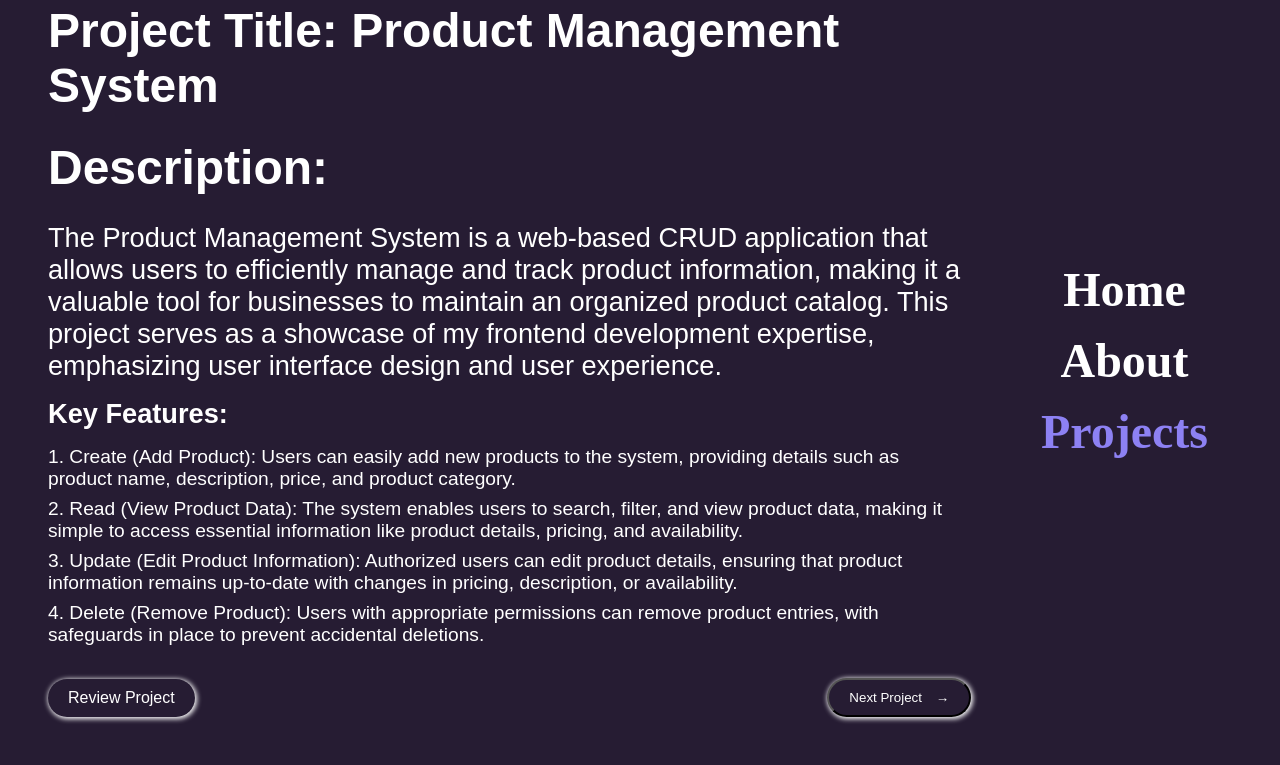
Repository: ahamdy997/portfolio
Page: /projects
These files come from the project's save history. The page is drawn as it stood at one moment and after the next save; the edit follows.
The browser window is 1280 px wide. The pictures show the whole page.
The pointer rests on the first visible `button`.
The project was rebuilt for these pictures with package versions that can differ from the ones it lists, and the page was loaded fresh each time. Also part of the build but not shown: vue.config.js, src/components/HelloWorld.vue, src/views/HomeView.vue.

Above is the page before, as saved 2023-11-06 01:10:11.

### src/App.vue
<template>
  <div class="flex">
    <router-view />
    <header>
      <nav>
        <router-link to="/">Home</router-link>
        <router-link to="/about">About</router-link>
        <router-link to="/projects">Projects</router-link>
      </nav>
    </header>
  </div>
</template>

<style>
* {
  box-sizing: border-box;
  padding: 0;
  margin: 0;
}
#app {
  width: 100%;
  height: 100vh;
  display: flex;
  align-items: center;
  justify-content: space-between;
  text-align: center;
}
.flex {
  display: flex;
  align-items: center;
  justify-content: space-between;
  padding: 3rem;
  gap: 5rem;
  width: 100%;
}
header {
  font-size: 1.7rem;
}

nav {
  text-align: center;
  display: flex;
  flex-direction: column;
  gap: 1rem;
  margin-right: 1.5rem;
}
body {
  font-family: sans-serif;
  background: #261c33;
  /* background: yellow; */
  color: #fff;
}
nav a {
  font-family: serif;
  font-weight: bold;
  color: #fff;
  text-decoration: none;
  font-size: 3rem;
  transition: all 0.2s;
}
nav a:hover {
  font-style: italic;
  transform: translateX(10px);
}

nav a.router-link-exact-active {
  color: #8d81f3;
}
</style>

### src/router/index.js
import { createRouter, createWebHistory } from "vue-router";
import HomeView from "../views/HomeView.vue";

const routes = [
  {
    path: "/",
    name: "home",
    component: HomeView,
  },
  {
    path: "/about",
    name: "about",
    // route level code-splitting
    // this generates a separate chunk (about.[hash].js) for this route
    // which is lazy-loaded when the route is visited.
    component: () =>
      import(/* webpackChunkName: "about" */ "../views/AboutView.vue"),
  },
  {
    path: "/projects",
    name: "project",
    // route level code-splitting
    // this generates a separate chunk (about.[hash].js) for this route
    // which is lazy-loaded when the route is visited.
    component: () =>
      import(/* webpackChunkName: "about" */ "../views/ProjectView.vue"),
  },
];

const router = createRouter({
  history: createWebHistory(process.env.BASE_URL),
  routes,
});

export default router;

### src/views/ProjectView.vue
<template>
  <div>
    <h2>Project Title: Product Management System</h2>
    <h2>Description:</h2>
    <p>
      The Product Management System is a web-based CRUD application that allows
      users to efficiently manage and track product information, making it a
      valuable tool for businesses to maintain an organized product catalog.
      This project serves as a showcase of my frontend development expertise,
      emphasizing user interface design and user experience.
    </p>
    <ol>
      <h3>Key Features:</h3>
      <li>
        Create (Add Product): Users can easily add new products to the system,
        providing details such as product name, description, price, and product
        category.
      </li>
      <li>
        Read (View Product Data): The system enables users to search, filter,
        and view product data, making it simple to access essential information
        like product details, pricing, and availability.
      </li>
      <li>
        Update (Edit Product Information): Authorized users can edit product
        details, ensuring that product information remains up-to-date with
        changes in pricing, description, or availability.
      </li>
      <li>
        Delete (Remove Product): Users with appropriate permissions can remove
        product entries, with safeguards in place to prevent accidental
        deletions.
      </li>
    </ol>
    <div class="view">
      <a href="https://ahamdy997.github.io/CRUDS-System/" target="_blank"
        >Review Project</a
      >
      <button type="button">Next Project <span>&rarr;</span></button>
    </div>
  </div>
</template>
<style scoped>
img {
  width: 100%;
}
div {
  text-align: left;
}

h2 {
  margin-bottom: 1.7rem;
  font-size: 3rem;
}
p {
  font-size: 1.7rem;
  margin-bottom: 1rem;
}
h3 {
  margin-bottom: 1rem;
  font-size: 1.7rem;
}

li {
  list-style-position: inside;
  font-size: 1.2rem;
  margin-bottom: 0.5rem;
}
.view {
  display: flex;
  justify-content: space-between;
  align-items: center;
}
button,
a {
  background-color: #261c33;
  margin-top: 1.5rem;
  padding: 10px 20px;
  color: white;
  box-shadow: 1px 1px 5px 1px white;
  border-radius: 20px;
  cursor: pointer;
  text-decoration: none;
  transition: all 0.5s;
}
button:hover {
  transform: translateX(10px);
}
span {
  margin-left: 10px;
}
</style>

Loaded but not shown: public/index.html (common file); src/main.js (common file)

After the next save:
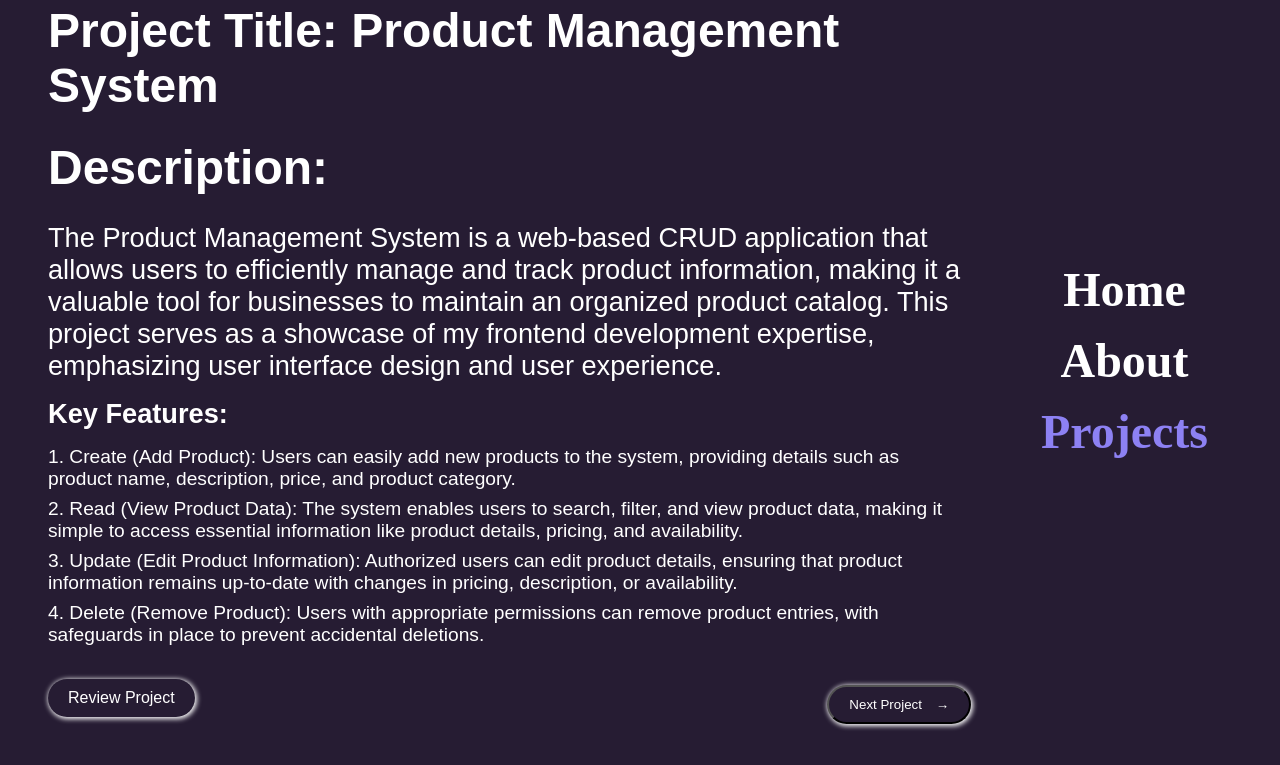
Saved 16 s later.
--- a/src/views/ProjectView.vue
+++ b/src/views/ProjectView.vue
@@ -84,7 +84,7 @@ a {
   transition: all 0.5s;
 }
 button:hover {
-  transform: translateX(10px);
+  transform: translate(10px, 7px);
 }
 span {
   margin-left: 10px;
